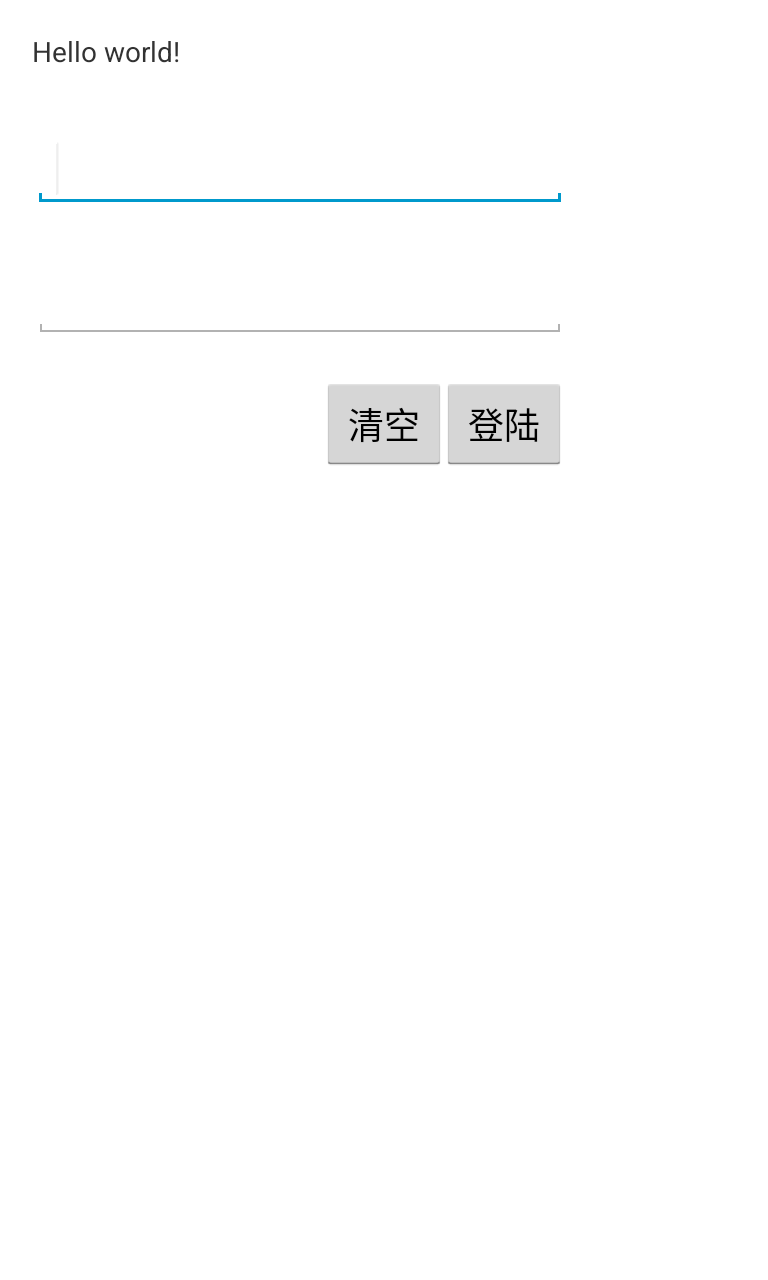
Repository: moetmd/learning-Android
Layout: MyApp/res/layout/activity_main.xml
The author's editor kept a copy of each file at every save. The layout is drawn from the files as they stood at one save, then again after the next save.
It is drawn on a 768 x 1280 px phone screen (xhdpi) without system bars, with theme AppTheme; the app's code is not run. The app's manifest (not shown) leaves right-to-left support off. So textAlignment, textDirection and layoutDirection are ignored, and left and right values win over start and end ones.

Above is the layout before, as saved 2014-11-17 13:41:09.

After the next save:
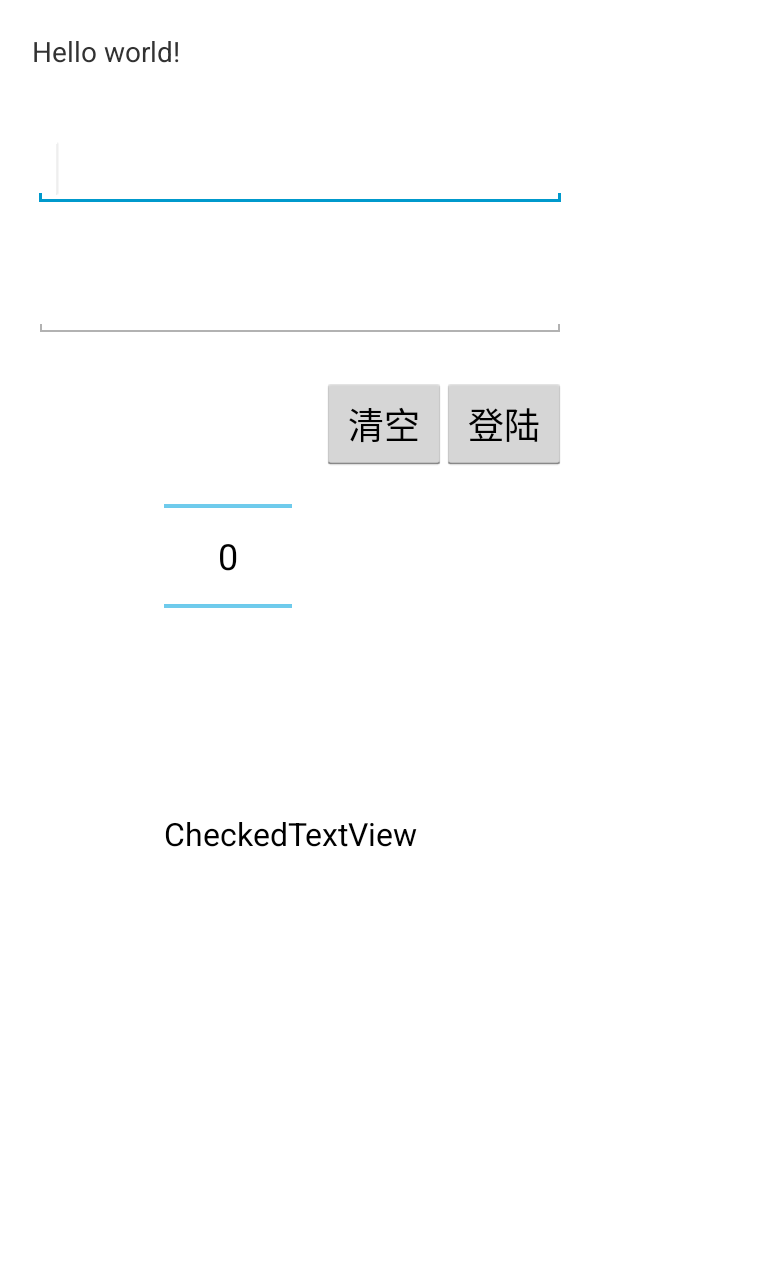
Saved 2 min 29 s later.
--- a/MyApp/res/layout/activity_main.xml
+++ b/MyApp/res/layout/activity_main.xml
@@ -62,6 +62,21 @@
         android:layout_alignRight="@+id/linearLayout1"
         android:text="@string/login" />
 
+    <NumberPicker
+        android:id="@+id/numberPicker1"
+        android:layout_width="wrap_content"
+        android:layout_height="wrap_content"
+        android:layout_alignTop="@+id/button1"
+        android:layout_marginRight="14dp"
+        android:layout_toLeftOf="@+id/button1" />
 
+    <CheckedTextView
+        android:id="@+id/cTextView1"
+        android:layout_width="wrap_content"
+        android:layout_height="wrap_content"
+        android:layout_alignLeft="@+id/numberPicker1"
+        android:layout_below="@+id/numberPicker1"
+        android:layout_marginTop="38dp"
+        android:text="CheckedTextView" />
 
 </RelativeLayout>
